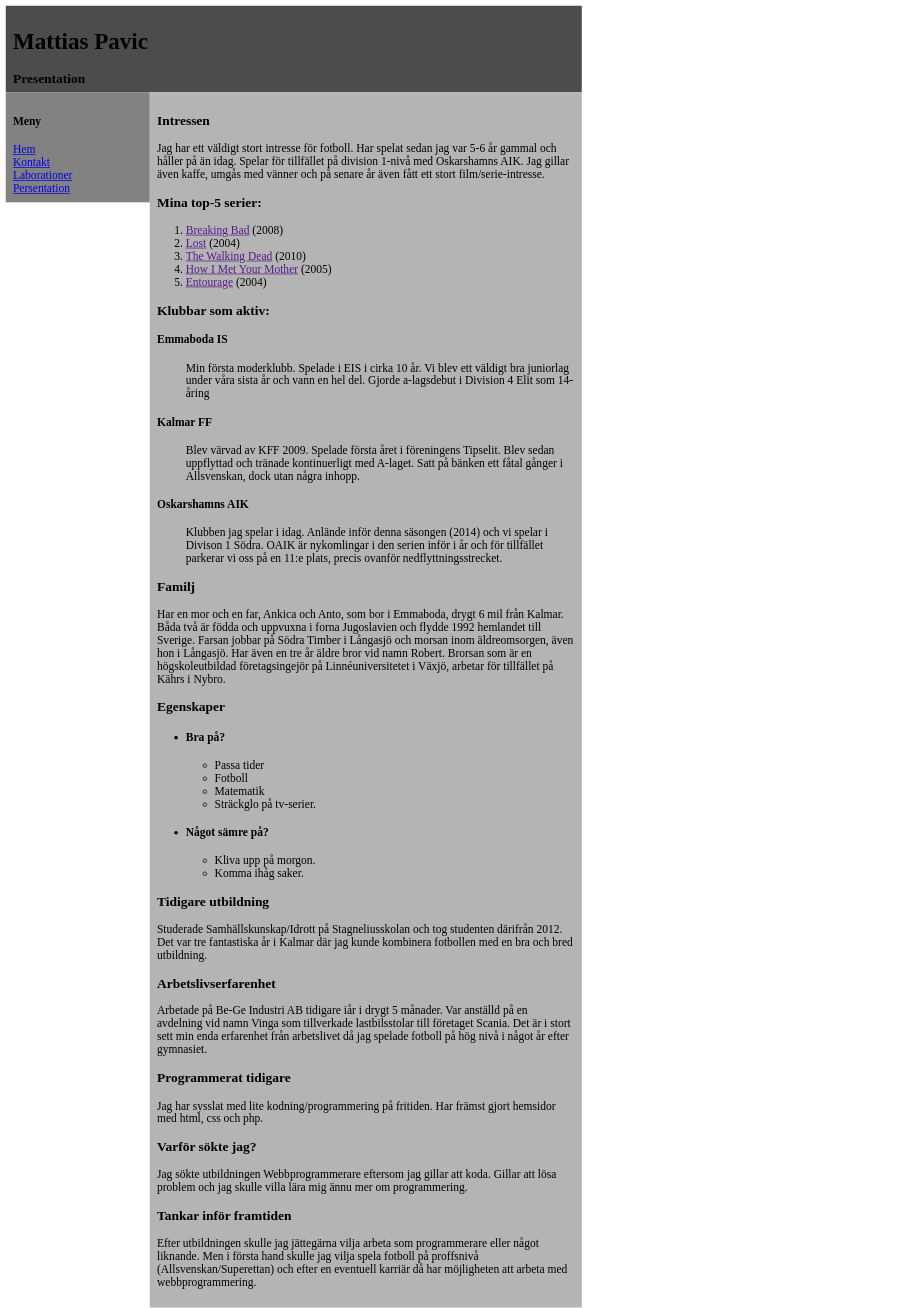
Repository: mp222sf/1ik415-laborationer
Page: pages/presentation.html
The author's editor kept a record of every edit. The page is drawn from the files as they stood at one moment, then again after the next edit.
The browser window is 1280 px wide. The pictures show the whole page, at 72% of full size.

Above is the page before.

### pages/presentation.html
<!doctype html>
<html lang="sv">
    <head>
        <meta charset="utf-8" />
        <title>Mattias Pavic</title>
    </head>
    <body>

        <div id="container" style="width:800px">
            <div id="header" style="padding: 10px;background-color:#4C4C4C;height: 100px;">
                <h1>Mattias Pavic</h1>
                <h3>Presentation</h3>
            </div>
            <div id="menu" style="padding: 10px;background-color:#828282;width:180px;float:left;">
                <h4>Meny</h4>
                <a href="../index.html">Hem</a><br>
                <a href="kontakt.html">Kontakt</a><br>
                <a href="laborationer.html">Laborationer</a><br>
                <a href="presentation.html">Persentation</a><br>
            </div>

            <div id="content" style="padding: 10px;background-color:#B4B4B4;width:580px;float:left;">
                <!--Här skriver vi infomationen om mina intressen.-->
                <h3>Intressen</h3>
                <p> Jag har ett väldigt stort intresse för fotboll. Har spelat sedan jag var 5-6 år gammal och håller på än idag.
                    Spelar för tillfället på division 1-nivå med Oskarshamns AIK.
                    Jag gillar även kaffe, umgås med vänner och på senare år även fått ett stort film/serie-intresse.</p>

                <h3>Mina top-5 serier:</h3>
                <ol>
                    <li><a href="">Breaking Bad</a> (2008)</li>
                    <li><a href="">Lost</a> (2004)</li>
                    <li><a href="">The Walking Dead</a> (2010)</li>
                    <li><a href="">How I Met Your Mother</a> (2005)</li>
                    <li><a href="">Entourage</a> (2004)</li>
                </ol>

                <h3>Klubbar som aktiv:</h3>
                <dl>
                    <dt><h4>Emmaboda IS</h4></dt>
                        <dd>Min första moderklubb. Spelade i EIS i cirka 10 år. Vi blev ett väldigt bra juniorlag under våra sista år och vann en hel del. Gjorde a-lagsdebut i Division 4 Elit som 14-åring</dd>
                    <dt><h4>Kalmar FF</h4></dt>
                        <dd>Blev värvad av KFF 2009. Spelade första året i föreningens Tipselit. Blev sedan uppflyttad och tränade kontinuerligt med A-laget. Satt på bänken ett fåtal gånger i Allsvenskan, dock utan några inhopp.</dd>
                    <dt><h4>Oskarshamns AIK</h4></dt>
                        <dd>Klubben jag spelar i idag. Anlände inför denna säsongen (2014) och vi spelar i Divison 1 Södra. OAIK är nykomlingar i den serien inför i år och för tillfället parkerar vi oss på en 11:e plats, precis ovanför nedflyttningsstrecket.</dd>
                </dl>

                <h3>Familj</h3>
                <p> Har en mor och en far, Ankica och Anto, som bor i Emmaboda, drygt 6 mil från Kalmar.
                    Båda två är födda och uppvuxna i forna Jugoslavien och flydde 1992 hemlandet till Sverige.
                    Farsan jobbar på Södra Timber i Långasjö och morsan inom äldreomsorgen, även hon i Långasjö.
                    Har även en tre år äldre bror vid namn Robert.
                    Brorsan som är en högskoleutbildad företagsingejör på Linnéuniversitetet i Växjö, arbetar för tillfället på Kährs i Nybro.</p>

                <!--Listan ger Error i Validator. Förstår ej?!.-->
                <h3>Egenskaper</h3>
                <ul>
                    <li><h4>Bra på?</h4>
                        <ul>
                            <li>Passa tider</li>
                            <li>Fotboll</li>
                            <li>Matematik</li>
                            <li>Sträckglo på tv-serier.</li>
                        </ul>
                    </li>
                   <li><h4>Något sämre på?</h4>
                        <ul>
                            <li>Kliva upp på morgon.</li>
                            <li>Komma ihåg saker.</li>
                        </ul>
                    </li>
                </ul>

                <h3>Tidigare utbildning</h3>
                <p> Studerade Samhällskunskap/Idrott på Stagneliusskolan och tog studenten därifrån 2012. Det var tre fantastiska år i Kalmar där jag kunde kombinera fotbollen med en bra och bred utbildning.</p>

                <h3>Arbetslivserfarenhet</h3>
                <p> Arbetade på Be-Ge Industri AB tidigare iår i drygt 5 månader.
                    Var anställd på en avdelning vid namn Vinga som tillverkade lastbilsstolar till företaget Scania.
                    Det är i stort sett min enda erfarenhet från arbetslivet då jag spelade fotboll på hög nivå i något år efter gymnasiet.</p>

                <h3>Programmerat tidigare</h3>
                <p> Jag har sysslat med lite kodning/programmering på fritiden.
                    Har främst gjort hemsidor med html, css och php.</p>

                <h3>Varför sökte jag?</h3>
                <p> Jag sökte utbildningen Webbprogrammerare eftersom jag gillar att koda.
                    Gillar att lösa problem och jag skulle villa lära mig ännu mer om programmering.</p>

                <h3>Tankar inför framtiden</h3>
                <p> Efter utbildningen skulle jag jättegärna vilja arbeta som programmerare eller något liknande.
                    Men i första hand skulle jag vilja spela fotboll på proffsnivå (Allsvenskan/Superettan) och efter en eventuell karriär då har möjligheten att arbeta med webbprogrammering.</p>

            </div>
        </div>



    </body>
</html>

After the next edit:
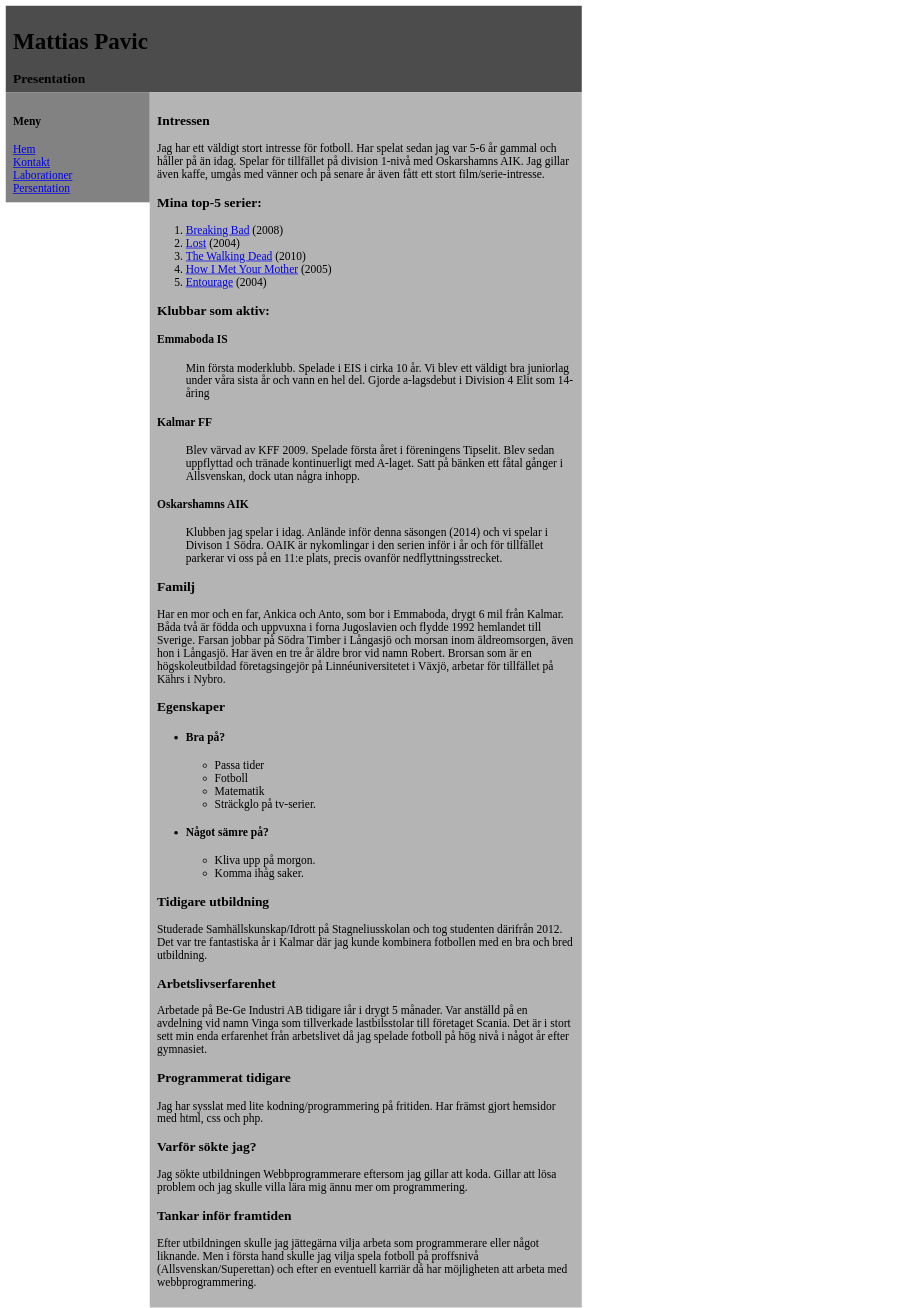
The edit:
--- a/pages/presentation.html
+++ b/pages/presentation.html
@@ -28,11 +28,11 @@
 
                 <h3>Mina top-5 serier:</h3>
                 <ol>
-                    <li><a href="">Breaking Bad</a> (2008)</li>
-                    <li><a href="">Lost</a> (2004)</li>
-                    <li><a href="">The Walking Dead</a> (2010)</li>
-                    <li><a href="">How I Met Your Mother</a> (2005)</li>
-                    <li><a href="">Entourage</a> (2004)</li>
+                    <li><a target="_blank" href="http://www.imdb.com/title/tt0903747/?ref_=nv_sr_1">Breaking Bad</a> (2008)</li>
+                    <li><a target="_blank" href="http://www.imdb.com/title/tt0411008/?ref_=nv_sr_1">Lost</a> (2004)</li>
+                    <li><a target="_blank" href="http://www.imdb.com/title/tt1520211/?ref_=nv_sr_1">The Walking Dead</a> (2010)</li>
+                    <li><a target="_blank" href="http://www.imdb.com/title/tt0460649/?ref_=nv_sr_1">How I Met Your Mother</a> (2005)</li>
+                    <li><a target="_blank" href="http://www.imdb.com/title/tt0387199/?ref_=nv_sr_1">Entourage</a> (2004)</li>
                 </ol>
 
                 <h3>Klubbar som aktiv:</h3>
